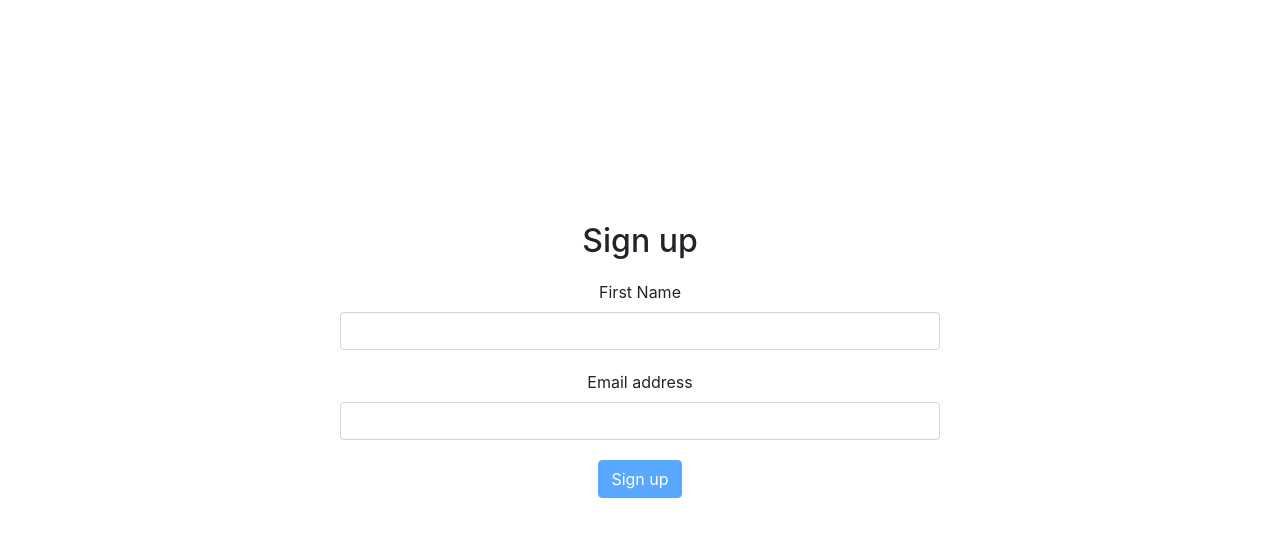
Repository: jklodge/react-form
Page: / (app in adzuna-form/)
These files come from the project's save history. The page is drawn as it stood at one moment and after the next save; the edit follows.
The browser window is 1280 px wide. The pictures show the whole page.
The project was rebuilt for these pictures with package versions that can differ from the ones it lists, and the page was loaded fresh each time.

Above is the page before, as saved 2020-01-08 23:52:21.

After the next save:
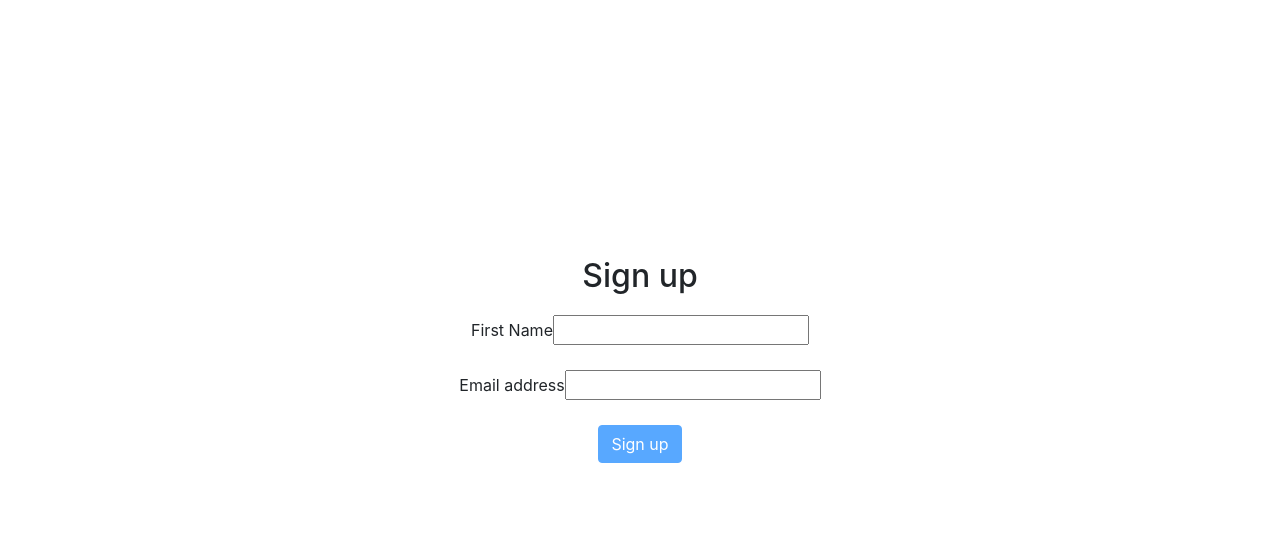
Saved 5 s later.
--- a/adzuna-form/src/Components/Form.js
+++ b/adzuna-form/src/Components/Form.js
@@ -74,7 +74,6 @@
             <label htmlFor="text">First Name</label>
             <input
               type="text"
-              className="form-control"
               name="name"
               value={this.state.name}
               onChange={this.handleChange}
@@ -90,7 +89,6 @@
             <label htmlFor="email">Email address</label>
             <input
               type="email"
-              className="form-control"
               name="email"
               value={this.state.email}
               onChange={this.handleChange}

After the save that followed:
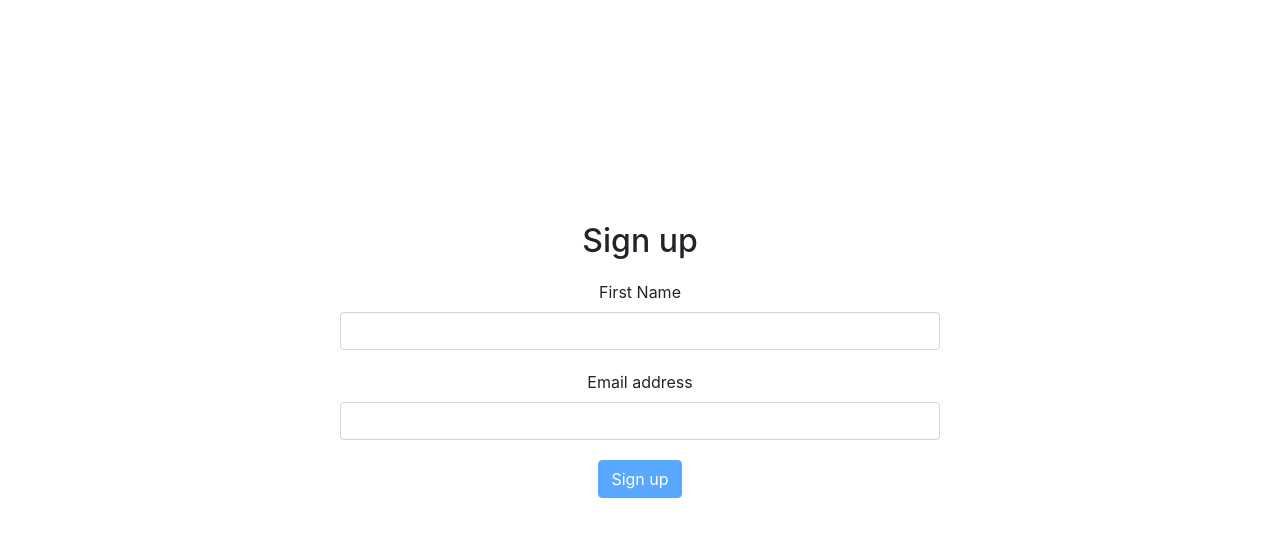
Saved 20 s later.
--- a/adzuna-form/src/Components/Form.js
+++ b/adzuna-form/src/Components/Form.js
@@ -74,6 +74,7 @@
             <label htmlFor="text">First Name</label>
             <input
               type="text"
+              className="form-control"
               name="name"
               value={this.state.name}
               onChange={this.handleChange}
@@ -89,6 +90,7 @@
             <label htmlFor="email">Email address</label>
             <input
               type="email"
+              className="form-control"
               name="email"
               value={this.state.email}
               onChange={this.handleChange}
